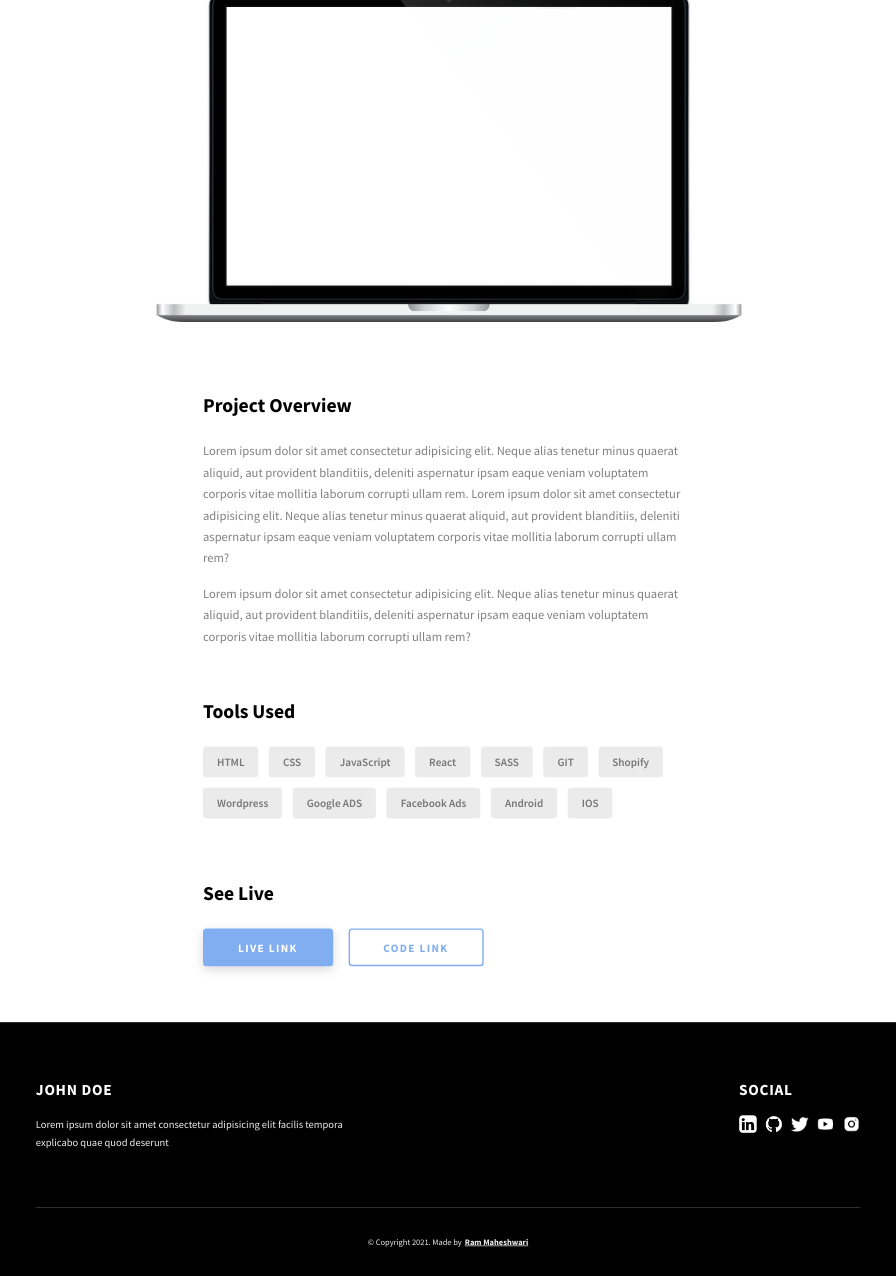
Repository: justinknguyen/Personal-Portfolio
Page: keyboards.html
An editor plug-in stored every save of this project. The page is shown before and after the next save, followed by the edit.
The browser window is 1280 px wide. The pictures show the part of the page from y = 856 to 2776 px (the page is 2679 px tall before and 2776 px after), at 70% of full size.
The style sheet was rebuilt from its Sass, Less or Tailwind sources for each picture, by a compiler version that may differ from the author's.

Above is the page before, as saved 2022-09-10 16:22:56.
Console error: TypeError: Cannot read properties of undefined (reading 'style')

### keyboards.html
<!DOCTYPE html>
<html lang="en">
  <head>
    <meta charset="UTF-8" />
    <meta name="viewport" content="width=device-width, initial-scale=1.0" />
    <meta http-equiv="X-UA-Compatible" content="ie=edge" />
    <title>Keyboards</title>
    <meta name="description" content="Case study page of Project" />

    <link rel="stylesheet" href="css/style.css" />

    <link rel="preconnect" href="https://fonts.googleapis.com" />
    <link rel="preconnect" href="https://fonts.gstatic.com" crossorigin />
    <link
      href="https://fonts.googleapis.com/css2?family=Source+Sans+Pro:wght@400;600;700;900&display=swap"
      rel="stylesheet"
    />
  </head>
  <body>
    <header class="header">
      <div class="header__content">
        <div class="header__logo-container">
          <div class="header__logo-img-cont">
            <img
              src="./assets/png/john-doe.png"
              alt="Ram Maheshwari Logo Image"
              class="header__logo-img"
            />
          </div>
          <span class="header__logo-sub">Justin Nguyen</span>
        </div>
        <div class="header__main">
          <ul class="header__links">
            <li class="header__link-wrapper">
              <a href="./index.html" class="header__link"> Home </a>
            </li>
            <li class="header__link-wrapper">
              <a href="./index.html#about" class="header__link">About </a>
            </li>
            <li class="header__link-wrapper">
              <a href="./index.html#projects" class="header__link">
                Projects
              </a>
            </li>
            <li class="header__link-wrapper">
              <a
                href="./keyboards.html"
                class="header__link"
                >Keyboards</a
              >
            </li>
            <li class="header__link-wrapper">
              <a href="./index.html#contact" class="header__link"> Contact </a>
            </li>
          </ul>
          <div class="header__main-ham-menu-cont">
            <img
              src="./assets/svg/ham-menu.svg"
              alt="hamburger menu"
              class="header__main-ham-menu"
            />
            <img
              src="./assets/svg/ham-menu-close.svg"
              alt="hamburger menu close"
              class="header__main-ham-menu-close d-none"
            />
          </div>
        </div>
      </div>
      <div class="header__sm-menu">
        <div class="header__sm-menu-content">
          <ul class="header__sm-menu-links">
            <li class="header__sm-menu-link">
              <a href="./index.html"> Home </a>
            </li>

            <li class="header__sm-menu-link">
              <a href="./index.html#about"> About </a>
            </li>

            <li class="header__sm-menu-link">
              <a href="./index.html#projects"> Projects </a>
            </li>

            <li class="header__sm-menu-link">
              <a
                href="./keyboards.html"
                >Keyboards</a
              >
            </li>

            <li class="header__sm-menu-link">
              <a href="./index.html#contact"> Contact </a>
            </li>
          </ul>
        </div>
      </div>
    </header>
    <section class="project-cs-hero">
      <div class="project-cs-hero__content">
        <h1 class="heading-primary">Keyboards</h1>
        <div class="project-cs-hero__info">
          <p class="text-primary">
            Welcome to my custom mechanical keyboard collection!
          </p>
        </div>
        <div class="project-cs-hero__cta">
          <a href="#" class="btn btn--bg" target="_blank">Live Link</a>
        </div>
      </div>
    </section>
    <section class="project-details">
      <div class="main-container">
        <div class="project-details__content">
          <div class="project-details__showcase-img-cont">
            <img
              src="./assets/jpeg/project-mockup-example.jpeg"
              alt="Project Image"
              class="project-details__showcase-img"
            />
          </div>
          <div class="project-details__content-main">
            <div class="project-details__desc">
              <h3 class="project-details__content-title">Project Overview</h3>
              <p class="project-details__desc-para">
                Lorem ipsum dolor sit amet consectetur adipisicing elit. Neque
                alias tenetur minus quaerat aliquid, aut provident blanditiis,
                deleniti aspernatur ipsam eaque veniam voluptatem corporis vitae
                mollitia laborum corrupti ullam rem. Lorem ipsum dolor sit amet
                consectetur adipisicing elit. Neque alias tenetur minus quaerat
                aliquid, aut provident blanditiis, deleniti aspernatur ipsam
                eaque veniam voluptatem corporis vitae mollitia laborum corrupti
                ullam rem?
              </p>
              <p class="project-details__desc-para">
                Lorem ipsum dolor sit amet consectetur adipisicing elit. Neque
                alias tenetur minus quaerat aliquid, aut provident blanditiis,
                deleniti aspernatur ipsam eaque veniam voluptatem corporis vitae
                mollitia laborum corrupti ullam rem?
              </p>
            </div>
            <div class="project-details__tools-used">
              <h3 class="project-details__content-title">Tools Used</h3>
              <div class="skills">
                <div class="skills__skill">HTML</div>
                <div class="skills__skill">CSS</div>
                <div class="skills__skill">JavaScript</div>
                <div class="skills__skill">React</div>
                <div class="skills__skill">SASS</div>
                <div class="skills__skill">GIT</div>
                <div class="skills__skill">Shopify</div>
                <div class="skills__skill">Wordpress</div>
                <div class="skills__skill">Google ADS</div>
                <div class="skills__skill">Facebook Ads</div>
                <div class="skills__skill">Android</div>
                <div class="skills__skill">IOS</div>
              </div>
            </div>
            <div class="project-details__links">
              <h3 class="project-details__content-title">See Live</h3>
              <a
                href="#"
                class="btn btn--med btn--theme project-details__links-btn"
                target="_blank"
                >Live Link</a
              >
              <a
                href="#"
                class="btn btn--med btn--theme-inv project-details__links-btn"
                target="_blank"
                >Code Link</a
              >
            </div>
          </div>
        </div>
      </div>
    </section>
    <footer class="main-footer">
      <div class="main-container">
        <div class="main-footer__upper">
          <div class="main-footer__row main-footer__row-1">
            <h2 class="heading heading-sm main-footer__heading-sm">
              <span>Social</span>
            </h2>
            <div class="main-footer__social-cont">
              <a target="_blank" rel="noreferrer" href="#">
                <img
                  class="main-footer__icon"
                  src="./assets/png/linkedin-ico.png"
                  alt="icon"
                />
              </a>
              <a target="_blank" rel="noreferrer" href="#">
                <img
                  class="main-footer__icon"
                  src="./assets/png/github-ico.png"
                  alt="icon"
                />
              </a>
              <a target="_blank" rel="noreferrer" href="#">
                <img
                  class="main-footer__icon"
                  src="./assets/png/twitter-ico.png"
                  alt="icon"
                />
              </a>
              <a target="_blank" rel="noreferrer" href="#">
                <img
                  class="main-footer__icon"
                  src="./assets/png/yt-ico.png"
                  alt="icon"
                />
              </a>
              <a target="_blank" rel="noreferrer" href="#">
                <img
                  class="main-footer__icon main-footer__icon--mr-none"
                  src="./assets/png/insta-ico.png"
                  alt="icon"
                />
              </a>
            </div>
          </div>
          <div class="main-footer__row main-footer__row-2">
            <h4 class="heading heading-sm text-lt">John Doe</h4>
            <p class="main-footer__short-desc">
              Lorem ipsum dolor sit amet consectetur adipisicing elit facilis
              tempora explicabo quae quod deserunt
            </p>
          </div>
        </div>

        <div class="main-footer__lower">
          &copy; Copyright 2021. Made by
          <a rel="noreferrer" target="_blank" href="https://rammaheshwari.com"
            >Ram Maheshwari</a
          >
        </div>
      </div>
    </footer>
    <script src="./index.js"></script>
  </body>
</html>

Loaded but not shown: index.js (68 lines, source omitted); css/style.css (919 lines, source omitted)

After the next save:
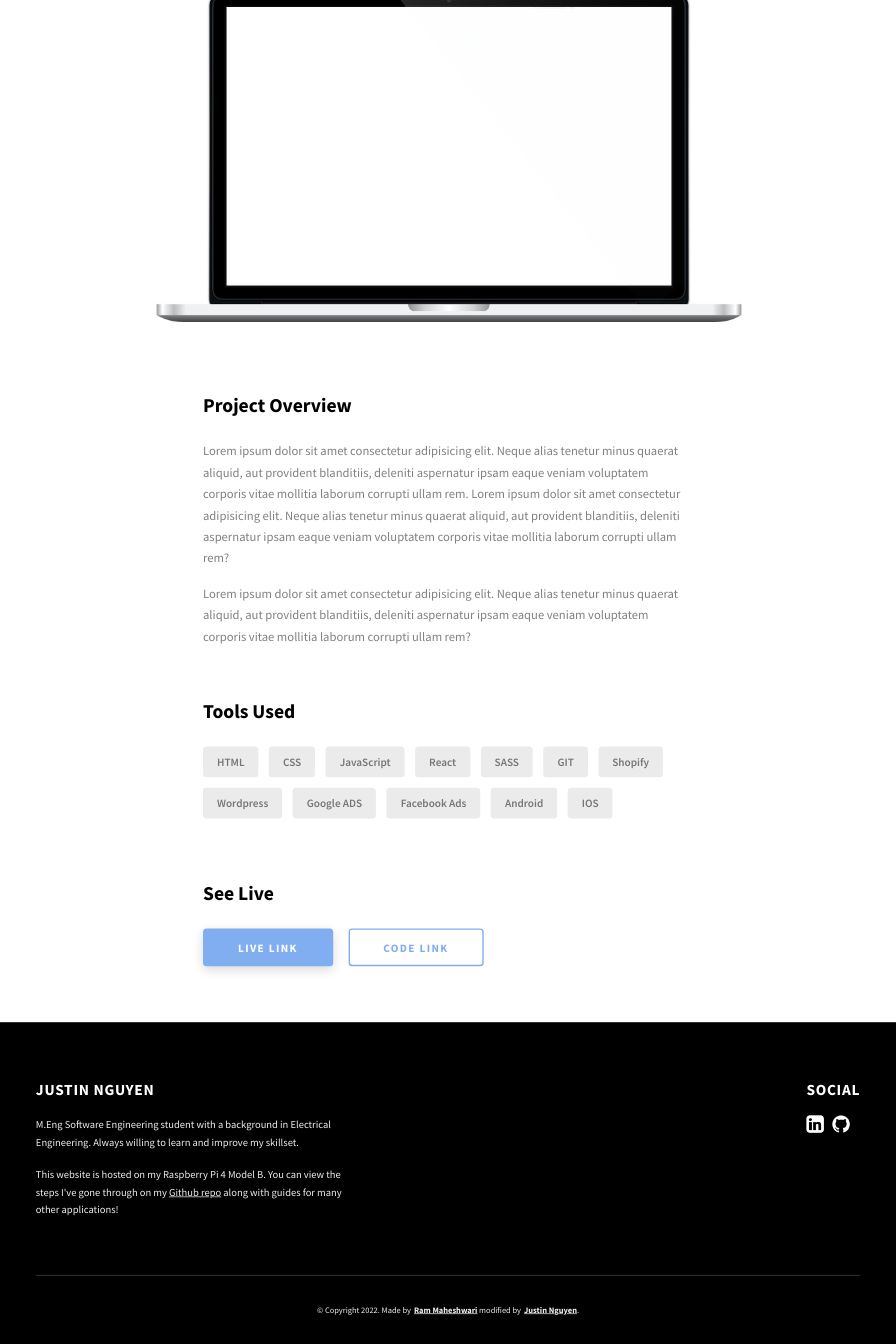
Saved 25 min 43 s later.
--- a/keyboards.html
+++ b/keyboards.html
@@ -175,6 +175,9 @@
         </div>
       </div>
     </section>
+
+
+    <!-- **** Footer Section **** -->
     <footer class="main-footer">
       <div class="main-container">
         <div class="main-footer__upper">
@@ -183,60 +186,53 @@
               <span>Social</span>
             </h2>
             <div class="main-footer__social-cont">
-              <a target="_blank" rel="noreferrer" href="#">
+              <a target="_blank" rel="noreferrer" href="https://www.linkedin.com/in/justin-nguyen-194339184">
                 <img
                   class="main-footer__icon"
                   src="./assets/png/linkedin-ico.png"
                   alt="icon"
                 />
               </a>
-              <a target="_blank" rel="noreferrer" href="#">
+              <a target="_blank" rel="noreferrer" href="https://github.com/justinknguyen">
                 <img
-                  class="main-footer__icon"
-                  src="./assets/png/github-ico.png"
+                  class="main-footer__icon main-footer__icon--mr-none"
+                  src="./assets/png/github-ico2.png"
                   alt="icon"
                 />
               </a>
-              <a target="_blank" rel="noreferrer" href="#">
-                <img
-                  class="main-footer__icon"
-                  src="./assets/png/twitter-ico.png"
-                  alt="icon"
-                />
-              </a>
-              <a target="_blank" rel="noreferrer" href="#">
-                <img
-                  class="main-footer__icon"
-                  src="./assets/png/yt-ico.png"
-                  alt="icon"
-                />
-              </a>
-              <a target="_blank" rel="noreferrer" href="#">
-                <img
-                  class="main-footer__icon main-footer__icon--mr-none"
-                  src="./assets/png/insta-ico.png"
-                  alt="icon"
-                />
-              </a>
             </div>
           </div>
           <div class="main-footer__row main-footer__row-2">
-            <h4 class="heading heading-sm text-lt">John Doe</h4>
+            <h4 class="heading heading-sm text-lt">Justin Nguyen</h4>
             <p class="main-footer__short-desc">
-              Lorem ipsum dolor sit amet consectetur adipisicing elit facilis
-              tempora explicabo quae quod deserunt
+              M.Eng Software Engineering student with a background in Electrical Engineering. Always willing
+              to learn and improve my skillset.
             </p>
-          </div>
-        </div>
-
+            <p class="main-footer__short-desc">
+              This website is hosted on my Raspberry Pi 4 Model B. You can view the steps
+                I've gone through on my
+                <u><a rel="noreferrer" href="https://github.com/justinknguyen/PiGuide" target="_blank">
+                  Github repo</a></u>
+                along with guides for many other applications!
+            </p>
+          </div>
+        </div>
+
+        <!-- If you give me some credit or shoutout here by linking to my website, then it will be a big thing for me and will help me a lot :) -->
         <div class="main-footer__lower">
-          &copy; Copyright 2021. Made by
+          &copy; Copyright 2022. Made by
           <a rel="noreferrer" target="_blank" href="https://rammaheshwari.com"
             >Ram Maheshwari</a
-          >
+          > modified by
+          <a rel="noreferrer" target="_blank" href="https://justinknguyen.ca"
+            >Justin Nguyen</a
+          >.
         </div>
       </div>
     </footer>
+    <!-- END Footer Section -->
+
+
     <script src="./index.js"></script>
   </body>
 </html>
